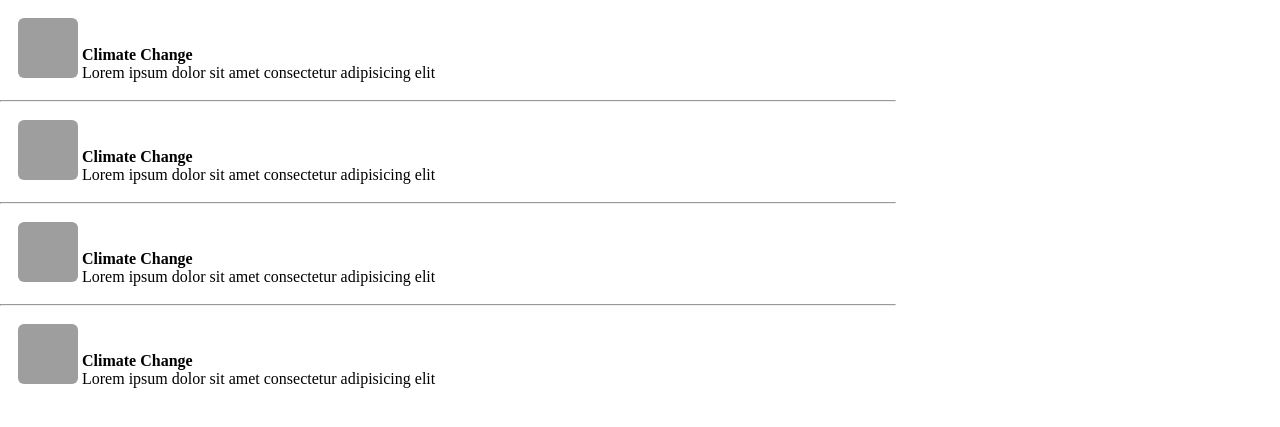
Repository: longNT0dev/C4E132
Page: SS3/index.html
These files come from the project's save history. The page is drawn as it stood at one moment and after the next save; the edit follows.
The browser window is 1280 px wide. The pictures show the whole page.
Pictures or frames that could not be fetched are drawn as grey boxes.

Above is the page before, as saved 2022-09-28 22:00:45.

After the next save:
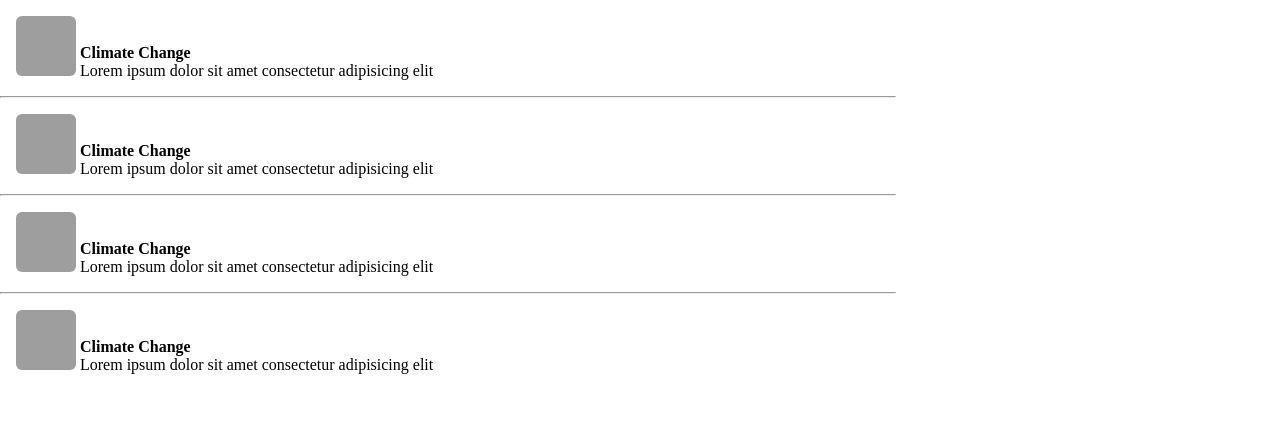
Saved 7 s later.
--- a/SS3/style.css
+++ b/SS3/style.css
@@ -36,7 +36,7 @@
 .item {
     width: 100%;
     height: 23%;
-    margin: 18px;
+    margin: 16px 16px;
 }
 
 .item img {
